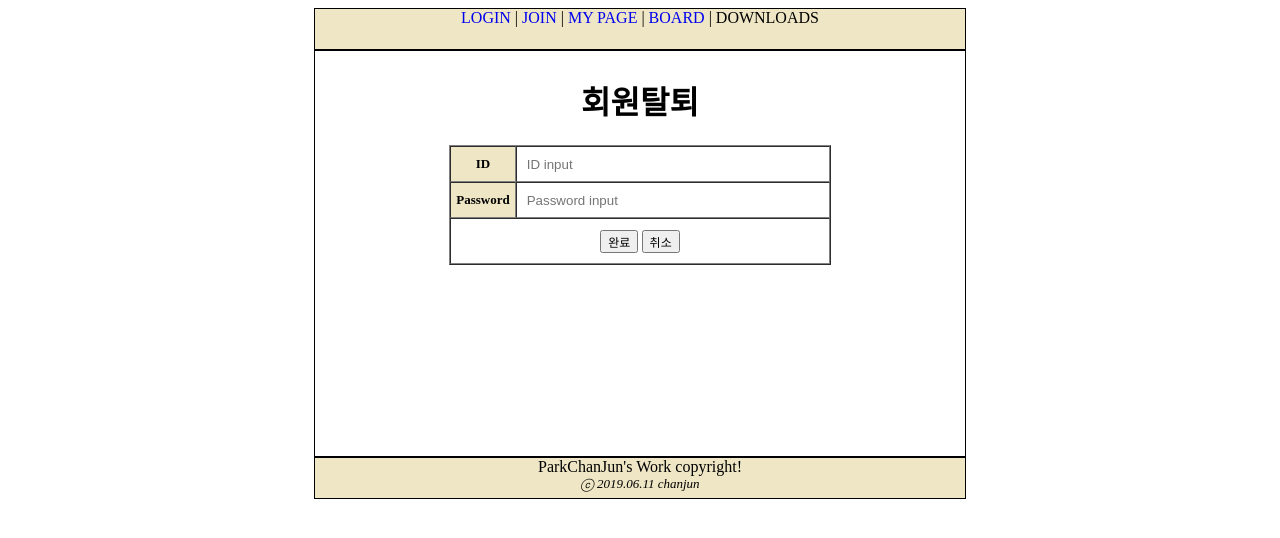
Repository: slolee/Spring-Board
Page: http://localhost/spring_project/WEB-INF/views/member/signoutView.jsp
These files come from the project's save history. The page is drawn as it stood at one moment and after the next save; the edit follows.
The browser window is 1280 px wide. The pictures show the whole page.
The page is served by Tomcat 9. Nobody is signed in. The template is opened directly, without the code that normally fills it, so the values that code supplies are empty.

Above is the page before, as saved 2019-06-17 02:41:49.

After the next save:
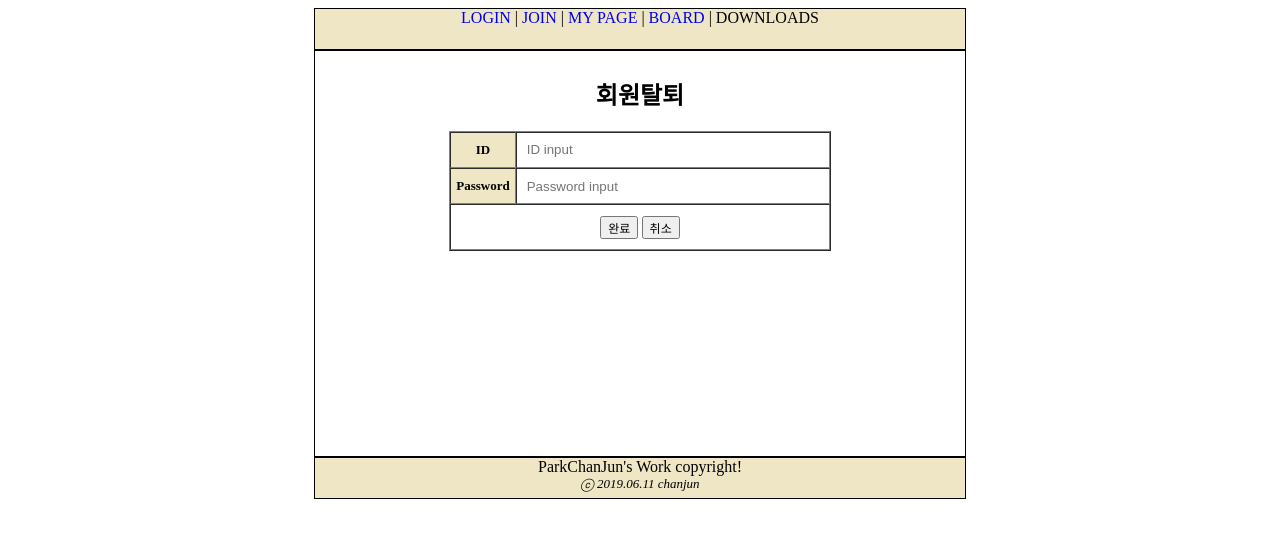
Saved 12 s later.
--- a/spring_project/src/main/webapp/WEB-INF/views/member/signoutView.jsp
+++ b/spring_project/src/main/webapp/WEB-INF/views/member/signoutView.jsp
@@ -4,7 +4,7 @@
 	<jsp:param name="title" value="SignOut Page"/>
 </jsp:include>
 
-	<h1> 회원탈퇴 </h1>
+	<h2> 회원탈퇴 </h2>
 	<form name="signoutForm" action="signoutLogic.do" method="post">
 		<table border=1 cellpadding="5" cellspacing="0" align="center" width="350px" height="120px">
 			<tr>
